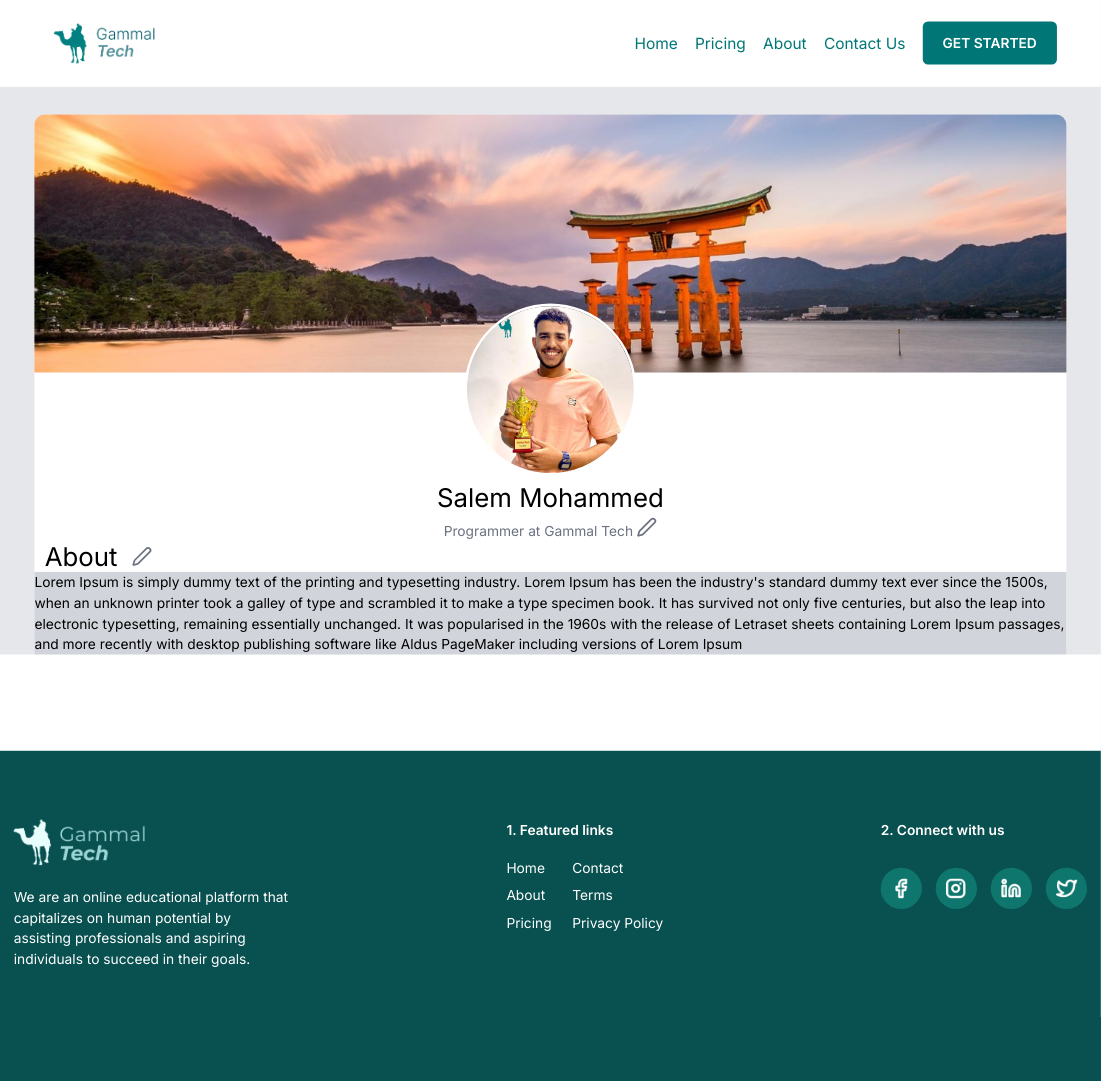
Repository: Ahmed77669/Internship-test
Page: /profile
An editor plug-in stored every save of this project. The page is shown before and after the next save, followed by the edit.
The browser window is 1280 px wide. The pictures show the whole page, at 86% of full size.
The page's requests for data from a server got no answer. The project was rebuilt for these pictures with package versions that can differ from the ones it lists, and the page was loaded fresh each time. The framework's server and built-in components were replaced by stand-ins that run in the browser. No one was signed in, and anything a server would have sent is missing. Also part of the build but not shown: next.config.mjs, components/Header/NavBarAuth.tsx.

Above is the page before, as saved 2024-10-25 14:01:26.

After the next save:
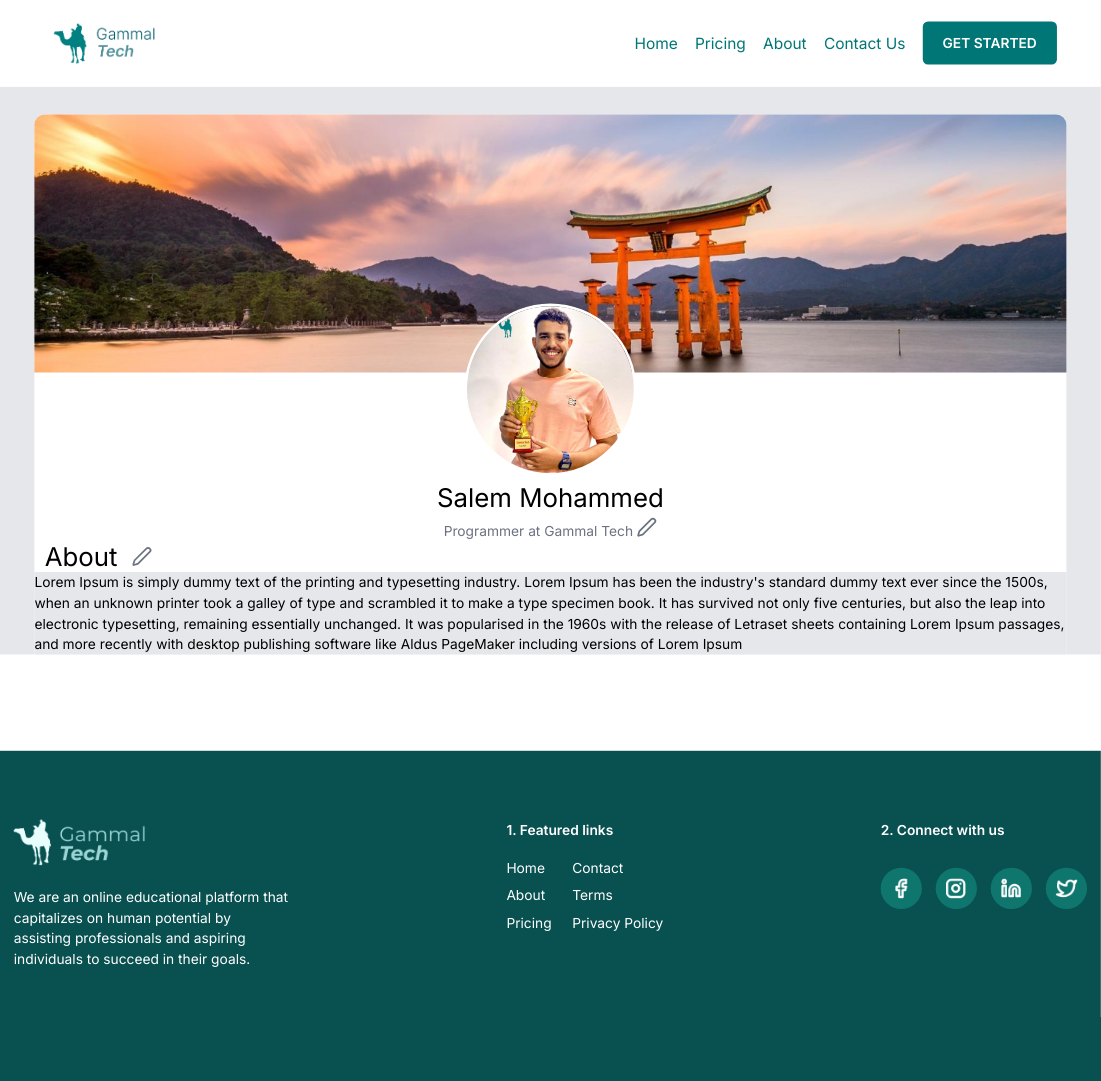
Saved 13 s later.
--- a/components/Profile/Profile.tsx
+++ b/components/Profile/Profile.tsx
@@ -42,7 +42,7 @@ const Profile = () => {
 </div>
 <Pen className="text-lg mt-[6px]  text-gray-500 " />
 </div>
-<div className="bg-gray-300">
+<div className="bg-gray-200">
 Lorem Ipsum is simply dummy text of the printing and typesetting industry. Lorem Ipsum has been the industry's standard dummy text ever since the 1500s, when an unknown printer took a galley of type and scrambled it to make a type specimen book. It has survived not only five centuries, but also the leap into electronic typesetting, remaining essentially unchanged. It was popularised in the 1960s with the release of Letraset sheets containing Lorem Ipsum passages, and more recently with desktop publishing software like Aldus PageMaker including versions of Lorem Ipsum
 </div>
 
